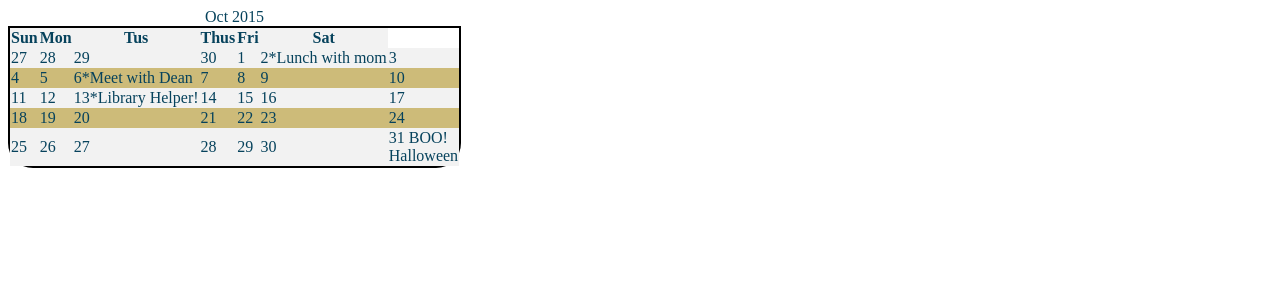
Repository: Tram-anh99/Blockchain_Funix
Page: CSS/lich.html
The author's editor kept a copy of each file at every save. The page is drawn from the files as they stood at one save, then again after a run of saves.
The browser window is 1280 px wide. The pictures show the whole page.

Above is the page before, as saved 2023-02-28 01:38:08.

After the next 8 saves:
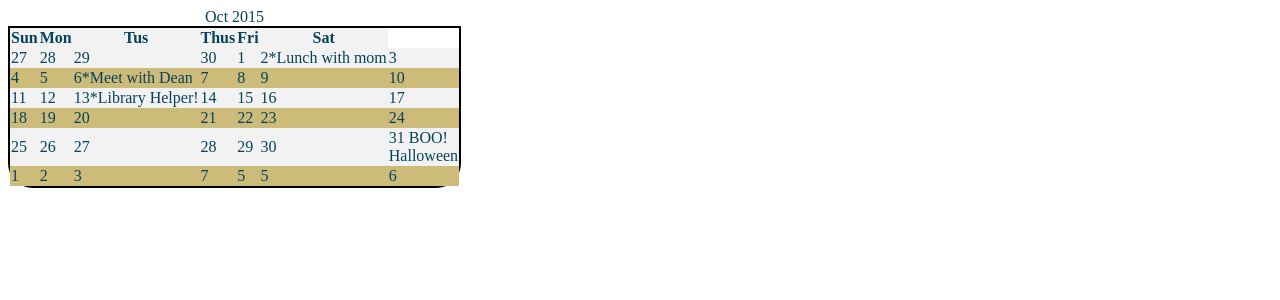
The 8 saves are shown as one change because they came seconds apart.
The last was saved 19 s later.
--- a/CSS/lich.html
+++ b/CSS/lich.html
@@ -72,7 +72,15 @@
             <td class="holiday">31 <span>BOO! <br/>Halloween
             </span></td>
       </tr>
-
+      <tr>
+            <td>1</td>
+            <td>2</td>
+            <td>3</td>
+            <td>7</td>
+            <td>5</td>
+            <td>5</td>
+            <td>6</td>
+      </tr>
 </tbody>
 </table>
 </body>

After the save that followed:
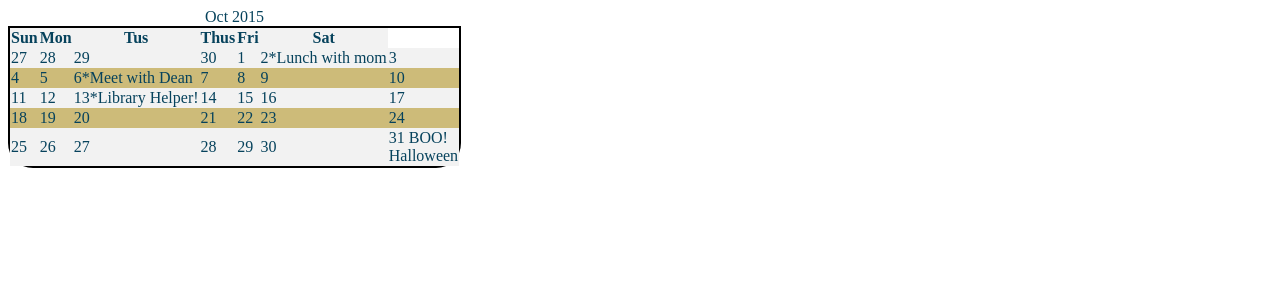
Saved 10 s later.
--- a/CSS/lich.html
+++ b/CSS/lich.html
@@ -72,15 +72,7 @@
             <td class="holiday">31 <span>BOO! <br/>Halloween
             </span></td>
       </tr>
-      <tr>
-            <td>1</td>
-            <td>2</td>
-            <td>3</td>
-            <td>7</td>
-            <td>5</td>
-            <td>5</td>
-            <td>6</td>
-      </tr>
+
 </tbody>
 </table>
 </body>
